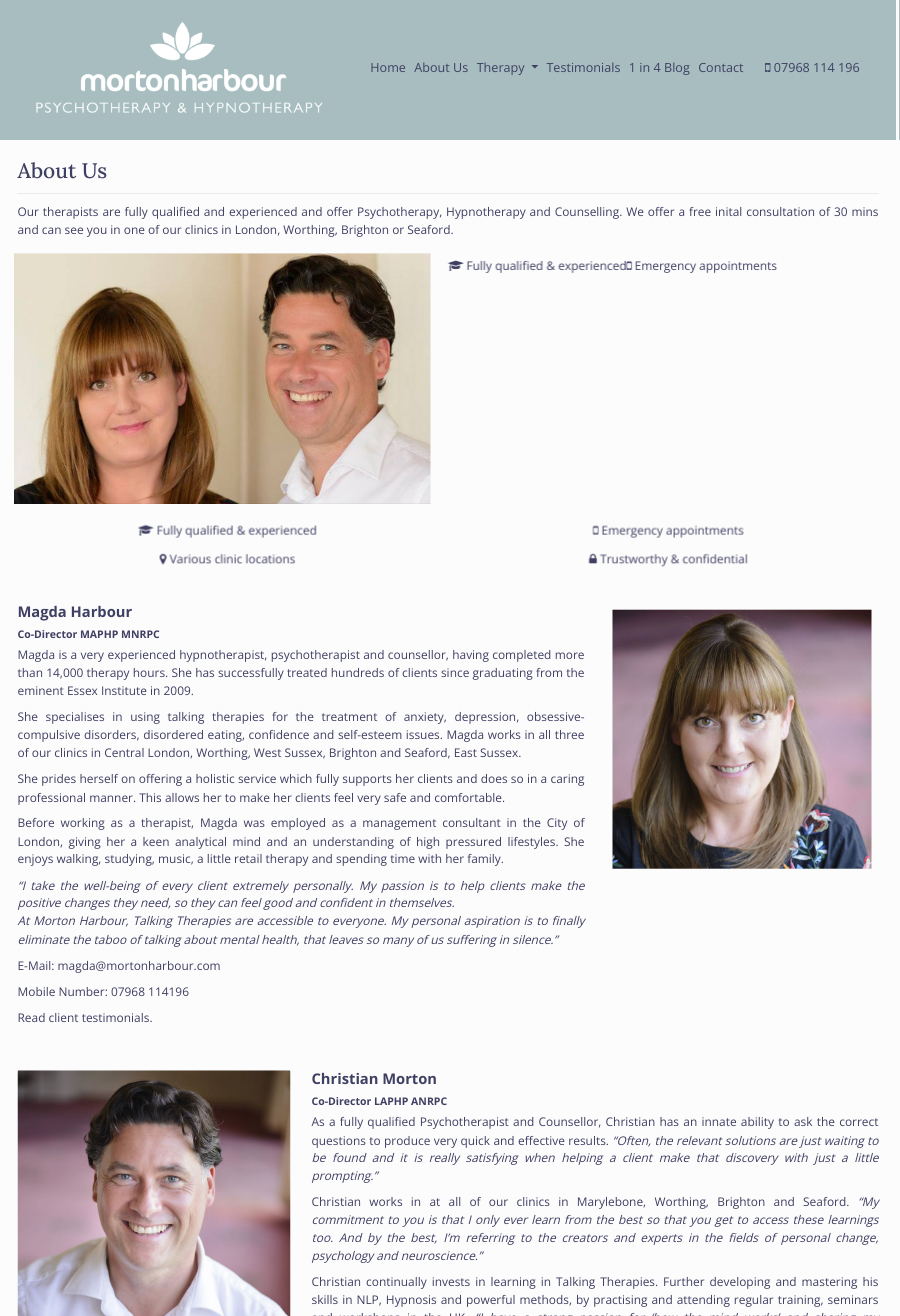
Repository: Code-Institute-Submissions/mortonharbour
Page: about us.html
The author's editor kept a record of every edit. The page is drawn from the files as they stood at one moment, then again after the next edit.
The browser window is 1280 px wide. The page is 1285 px wide, so the pictures cover 1285 px, including what lies to the right of the window. The pictures show the part of the page from y = 0 to 1880 px (the page is 2665 px tall), at 70% of full size.
Some web libraries are served in a nearby version.

Above is the page before.

### about us.html
<!DOCTYPE html>
<html lang="en">

<head>
    <meta charset="UTF-8">
    <meta name="viewport" content="width=device-width, initial-scale=1.0">
    <meta http-equiv="X-UA-Compatible" content="ie=edge">

    <!--Links to Bootstrap, JavaScript and FontAwesome cdn, customer style.css file-->
    <link rel="stylesheet" href="https://stackpath.bootstrapcdn.com/bootstrap/4.4.0/css/bootstrap.min.css" integrity="sha384-SI27wrMjH3ZZ89r4o+fGIJtnzkAnFs3E4qz9DIYioCQ5l9Rd/7UAa8DHcaL8jkWt" crossorigin="anonymous">
    <link rel="stylesheet" href="https://stackpath.bootstrapcdn.com/font-awesome/4.7.0/css/font-awesome.min.css" type="text/css" />
    <script src="https://code.jquery.com/jquery-3.2.1.slim.min.js" integrity="sha384-KJ3o2DKtIkvYIK3UENzmM7KCkRr/rE9/Qpg6aAZGJwFDMVNA/GpGFF93hXpG5KkN" crossorigin="anonymous"></script>
    <script src="https://cdnjs.cloudflare.com/ajax/libs/popper.js/1.11.0/umd/popper.min.js" integrity="sha384-b/U6ypiBEHpOf/4+1nzFpr53nxSS+GLCkfwBdFNTxtclqqenISfwAzpKaMNFNmj4" crossorigin="anonymous"></script>
    <script src="https://maxcdn.bootstrapcdn.com/bootstrap/4.0.0-beta/js/bootstrap.min.js" integrity="sha384-h0AbiXch4ZDo7tp9hKZ4TsHbi047NrKGLO3SEJAg45jXxnGIfYzk4Si90RDIqNm1" crossorigin="anonymous"></script>

    <link rel="stylesheet" href="assets/css/style.css" />

    <title>About Us</title>
</head>

<body>
    <header>
        <div class="container-fluid">
            <nav class="navbar navbar-expand-lg navbar-light">
                <a href="index.html" class="col-sm-4 logo"><span class="sr-only">Go to our home page</span></a>

                <button class="navbar-toggler" type="button" data-toggle="collapse" data-target="#navbarSupportedContent" aria-controls="navbarSupportedContent" aria-expanded="false" aria-label="Toggle navigation">
            <span class="navbar-toggler-icon"></span>
            </button>
                <div class="collapse navbar-collapse justify-content-end" id="navbarSupportedContent">
                    <ul class="navbar-nav">
                        <li class="nav-item active">
                            <a class="nav-link" href="index.html"><span class="sr-only">Go to our home page</span>Home</a>
                        </li>
                        <li class="nav-item active">
                            <a class="nav-link" href="about us.html"><span class="sr-only">Learn more about us</span>About Us</a>
                        </li>
                        <li class="nav-item dropdown">
                            <a class="nav-link dropdown-toggle" href="therapy.html" id="navbarDropdown" role="button" data-toggle="dropdown" aria-haspopup="true" aria-expanded="false">
                          Therapy
                        </a>
                            <div class="dropdown-menu" aria-labelledby="navbarDropdown">
                                <a class="dropdown-item" href="psychotherapy.html"><span class="sr-only">Find out about psychotherapy we offer</span>Psychotherapy</a>
                                <a class="dropdown-item" href="hypnotherapy.html"><span class="sr-only">Find out about hypnotherapy we offer</span>Hypnotherapy</a>
                                <a class="dropdown-item" href="emergency therapy.html"><span class="sr-only">Find out about the emergency appointments we can offer</span>Emergency Appointments</a>
                            </div>
                        </li>
                        <li class="nav-item active">
                            <a class="nav-link" href="testimonials.html"><span class="sr-only">Find out what our clients say</span>Testimonials</a>
                        </li>
                        <li class="nav-item active">
                            <a class="nav-link" href="1 in 4 blog.html"><span class="sr-only">1 in 4 Blog</span>1 in 4 Blog</a>
                        </li>
                        <li class="nav-item active">
                            <a class="nav-link" href="contact.html"><span class="sr-only">Contact Us</span>Contact</a>
                        </li>
                    </ul>
                </div>
                <span id="header-mobile"><a href="tel:#"><i class="fa fa-mobile" aria-hidden="true"></i>
                <span class="sr-only">Call us</span>07968 114 196</a>
                </span>
            </nav>
        </div>
    </header>

    <!--------------------------------------------------------------Main content-->

    <section class="main-content-text">
        <div class="row">
            <div class="col-sm-12 my-auto">
                <h1>About Us</h1>
                <hr>
                <p>Our therapists are fully qualified and experienced and offer Psychotherapy, Hypnotherapy and Counselling. We offer a free inital consultation of 30 mins and can see you in one of our clinics in London, Worthing, Brighton or Seaford.</p>
            </div>
            <div class="row">
                <div class="col-sm-6">
                    <img src="assets/images/magda-christian.PNG" class="img-fluid mx-auto d-block magda-christian-img" alt="image of Magda and Christian">
                    <span class="sr-only">Photo of Magda and Christian</span>
                </div>
                <div class="col-sm-6">
                    <div class="row">
                    <div class="why-us-bullets hvr-shadow" data-toggle="collapse" data-target="#collapseText-one" aria-expanded="false" aria-controls="collapseText-one">
                        <i class="fa fa-graduation-cap"></i> Fully qualified & experienced
                        <div class="collapse collapse-bullets-one" id="collapseText-one">Magda and Christian both graduated from the esteemed Essex Institute (EICH Brighton Ltd) and are members of the Association for Professional Hypnosis and Psychotherapy and The National Register of Psychotherapists and Counsellors.
                            Together they have over 18 years of experience as qualified therapists. Magda is also registered with the Complementary and Natural Healthcare Council.
                        </div>
                    </div>
                    <div class="why-us-bullets hvr-shadow" data-toggle="collapse" data-target="#collapseText-two" aria-expanded="false" aria-controls="collapseText-two">
                        <i class="fa fa-mobile"></i> Emergency appointments
                        <div class="collapse collapse-bullets-two" id="collapseText-two">We offer Emergency Therapy by phone. Perhaps you are feeling anxious and it will be a while before you will see anyone due to long waiting lists via the NHS, you have outstanding questions after a visit to the doctor’s, or simply
                            just need some friendly and caring support or advice right now.
                        </div>
                    </div>
                    </div>
                </div>
            </div>
        </div>
        <!--------------------------------------------------------------Bullet points-->
        <div class="row text-center my-auto">
            <div class="col-sm-6 why-us-bullets hvr-shadow" data-toggle="collapse" data-target="#collapseText-one" aria-expanded="false" aria-controls="collapseText-one">
                <i class="fa fa-graduation-cap"></i> Fully qualified & experienced
                <div class="collapse collapse-bullets-one" id="collapseText-one">Magda and Christian both graduated from the esteemed Essex Institute (EICH Brighton Ltd) and are members of the Association for Professional Hypnosis and Psychotherapy and The National Register of Psychotherapists and Counsellors. Together
                    they have over 18 years of experience as qualified therapists. Magda is also registered with the Complementary and Natural Healthcare Council.
                </div>
            </div>
            <div class="col-sm-6 why-us-bullets hvr-shadow" data-toggle="collapse" data-target="#collapseText-two" aria-expanded="false" aria-controls="collapseText-two">
                <i class="fa fa-mobile"></i> Emergency appointments
                <div class="collapse collapse-bullets-two" id="collapseText-two">We offer Emergency Therapy by phone. Perhaps you are feeling anxious and it will be a while before you will see anyone due to long waiting lists via the NHS, you have outstanding questions after a visit to the doctor’s, or simply just
                    need some friendly and caring support or advice right now.
                </div>
            </div>
        </div>
        <div class="row text-center my-auto ">
            <div class="col-sm-6 why-us-bullets hvr-shadow" data-toggle="collapse" data-target="#collapseText-three" aria-expanded="false" aria-controls="collapseText-three">
                <i class="fa fa-map-marker"></i> Various clinic locations
                <div class="collapse collapse-bullets-two" id="collapseText-three">We offer therapy at any one of our multiple locations in London, Worthing, Brighton and Seaford. We can also offer therapy via Skype, FaceTime or phone where suitable. Contact us for more information or to arrange a free, no obligation,
                    intial 30 mins consultation.
                </div>
            </div>
            <div class="col-sm-6 why-us-bullets hvr-shadow" data-toggle="collapse" data-target="#collapseText-four" aria-expanded="false" aria-controls="collapseText-four">
                <i class="fa fa-lock"></i> Trustworthy & confidential
                <div class="collapse collapse-bullets-one" id="collapseText-four">As members of the APHP, we are bound by their Code of Ethics. It is only possible to join the Association via an invitation or through training with an accredited hypnotherapy school, meaning that each member is known to have received
                    thorough training in hypnosis and hypnotherapy and is competent and conscientious.
                    <p>As with all registered professional therapists we are fully covered by professional indemnity insurance.</p>
                </div>
            </div>
        </div>
        <!--------------------------------------------------------------End of Bullet points-->
    </section>
    <!--------------------------------------------------------------End of main content-->

    <!--------------------------------------------------------------Therapist profiles-->

    <section class="main-content-text">
        <div class="row">
            <div class="col-sm-8">
                <h3><b>Magda Harbour</b></h3>
                <h5><b>Co-Director MAPHP MNRPC</b></h5>
                <p>Magda is a very experienced hypnotherapist, psychotherapist and counsellor, having completed more than 14,000 therapy hours. She has successfully treated hundreds of clients since graduating from the eminent Essex Institute in 2009.
                </p>
                <p>She specialises in using talking therapies for the treatment of anxiety, depression, obsessive-compulsive disorders, disordered eating, confidence and self-esteem issues. Magda works in all three of our clinics in Central London, Worthing,
                    West Sussex, Brighton and Seaford, East Sussex.</p>
                <p>She prides herself on offering a holistic service which fully supports her clients and does so in a caring professional manner. This allows her to make her clients feel very safe and comfortable.</p>
                <p>Before working as a therapist, Magda was employed as a management consultant in the City of London, giving her a keen analytical mind and an understanding of high pressured lifestyles. She enjoys walking, studying, music, a little retail
                    therapy and spending time with her family.</p>
                <p><em>“I take the well-being of every client extremely personally. My passion is to help clients make the positive changes they need, so they can feel
                        good and confident in themselves.</br>At Morton Harbour, Talking Therapies are accessible to everyone. My personal aspiration is to finally eliminate the taboo of talking about mental health, that leaves so many of us suffering in
                        silence.”</em></p>
                <p>E-Mail: <a href="mailto:# " class="card-links "><span class="sr-only">Email Magda</span>magda@mortonharbour.com</a></p>
                <p>Mobile Number: <a href="tel:# " class="card-links "><span class="sr-only">Call Magda</span>07968 114196</a></p>
                <p>Read client <a href="testimonials.html " class="card-links "><span class="sr-only">Read what our clients say</span>testimonials</a>.</p>
            </div>
            <div class="col-sm-4 order-first order-sm-1">
                <img src="assets/images/magda-square.png" class="img-fluid" alt="Photo of Magda Harbour">
                <span class="sr-only">Photo of Magda</span>
            </div>
        </div>
    </section>
    <section class="main-content-text">
        <div class="row">
            <div class="col-sm-4">
                <img src="assets/images/christian-square.png" class="card-img-top" alt="Photo of Christian">
                <span class="sr-only">Photo of Christian</span>
            </div>
            <div class="col-sm-8">
                <h3><b>Christian Morton</b></h3>
                <h5><b>Co-Director LAPHP ANRPC</b></h5>
                <p>As a fully qualified Psychotherapist and Counsellor, Christian has an innate ability to ask the correct questions to produce very quick and effective results. <em>“Often, the relevant solutions are just waiting to
                        be found and it is really satisfying when helping a client make that discovery with just a little prompting.”</em></p>
                <p>Christian works in at all of our clinics in Marylebone, Worthing, Brighton and Seaford. <em>“My commitment to you is that I only ever learn from the best so that you get to access these learnings too. And by the best, I’m referring to the creators and experts in the fields of personal change, psychology and neuroscience.”</em></p>
                <p>Christian continually invests in learning in Talking Therapies. Further developing and mastering his skills in NLP, Hypnosis and powerful methods, by practising and attending regular training, seminars and workshops in the UK.
                    <em>“I have a strong passion for ‘how the mind works’ and sharing my knowledge with others, helping them to enhance and enrich their lives.”</em></p>
                <p>Christian has been responsible for delivering high-end health care solutions for the last twenty years. As manager of a large health care provider, he understood the importance of using psychology to help his clients, relatives and staff
                    in creating a caring environment. An initial journalistic grounding gave him a sharp investigative mind which he finds extremely useful.</p>
                <p>Christian enjoys spending time with his family, reading and most sports.</p>
                <p>E-Mail: <a href="mailto:# " class="card-links "><span class="sr-only">Email Christian</span>christian@mortonharbour.com</a></p>
                <p>Mobile Number: <a href="tel:# " class="card-links "><span class="sr-only">Call Christian</span>07808 523787</a></p>
                <p>Read client <a href="testimonials.html " class="card-links "><span class="sr-only">Read what our clients say</span>testimonials</a>.</p>
            </div>
        </div>
    </section>

    <!--------------------------------------------------------------End of Therapist profiles-->

    <!------------------------------------------------------------<Newsletter Sign Up-->
    <section>
        <div class="card testimonial-cards-rose newsletter-signup">
            <form action="#" method="post">
                <div class="div">
                    <h3><b>Sign up to our Newsletter</b></h3>
                    <p>For the latest news straight from the therapy room</p>
                </div>
                <fieldset>
                    <input type="text" name="Name" placeholder="First Name" id="first-name" required/>
                    <input type="text" name="Surname" placeholder="Last Name" id="last-name" required/>
                    <input type="email" name="Email" placeholder="Email Address" id="email-address" required/></br>
                </fieldset>
                <input type="button" value="Sign Up" id="submit-button" data-toggle="modal" data-target="#newsletterModal" />
            </form>
        </div>
        <div class="modal fade" id="newsletterModal" tabindex="-1" role="dialog" aria-labelledby="newsletterModalLabel" aria-hidden="true">
            <div class="modal-dialog" role="document">
                <div class="modal-content">
                    <div class="modal-body">
                        <p>Thank you for siging up to our newsletter.</br>
                            We have sent you an email to confirm your subscription.</p>
                        <button type="button" class="btn btn-secondary" data-dismiss="modal">Close</button>
                    </div>
                </div>
            </div>
        </div>
        </div>
    </section>
    <!------------------------------------------------------------<End of Newsletter Sign Up-->

    <footer class="container-fluid">
        <div class="row">
            <div class="col-sm-12">
                <ul class="list-inline text-center social-media-icons">
                    <li class="list-inline-item">
                        <a target="_blank" href="https://www.facebook.com/MortonHarbour/">
                            <i class="fa fa-facebook" aria-hidden="true"></i>
                            <span class="sr-only">Facebook opens in a new window</span>
                        </a>
                    </li>
                    <li class="list-inline-item">
                        <a target="_blank" href="https://twitter.com/mortonharbour">
                            <i class="fa fa-twitter" aria-hidden="true"></i>
                            <span class="sr-only">Twitter opens in a new window</span>
                        </a>
                    </li>
                    <li class="list-inline-item">
                        <a target="_blank" href="https://www.instagram.com/morton_harbour/">
                            <i class="fa fa-instagram" aria-hidden="true"></i>
                            <span class="sr-only">Instagram opens in a new window</span>
                        </a>
                    </li>
                    <li class="list-inline-item">
                        <a target="_blank" href="https://www.linkedin.com/in/magda-harbour-maphp-51b590b4/">
                            <i class="fa fa-linkedin" aria-hidden="true"></i>
                            <span class="sr-only">LinkedIn opens in a new window></span>
                        </a>
                    </li>
                </ul>
            </div>
        </div>
        <div class="row">
            <a href="https://www.aphp.co.uk/" target="_blank" class="col-sm-4 aphp-logo">
                <span class="sr-only">Visit the APHP website, opens in new window</span>
            </a>
            <a href="https://www.nrpc.co.uk/" target="_blank" class="col-sm-4 nrpc-logo">
                <span class="sr-only">Visit the NRPC website, opens in new window</span>
            </a>
            <a href="index.html" class="col-sm-4 footer-logo">
                <span class="sr-only">Go to our home page</span>
            </a>
        </div>
        <div class="row footer-end">
            <div class="col-sm-4 text-center footer-end-item">
                <a href="privacy policy.html" target="_blank"><span class="sr-only">Please read our privacy policy, opens in new window</span>Privacy Policy</a>
            </div>
            <div class="col-sm-4 text-center">
                <p><i class="fa fa-copyright" aria-hidden="true"></i> 2019 Copyright: Morton Harbour Ltd</p>
            </div>
            <div class="div col-sm-4 text-center footer-end-item">
                <address><a href="tel:+01323652332">01323 652332 | <span class="sr-only">contact number</span></a><a href="mailto:#">contact@mortonharbour.com
                    <span class="sr-only">email address</span>
                </a>
                </address>
            </div>
        </div>
    </footer>
</body>

</html>

Loaded but not shown: assets/css/style.css (594 lines, source omitted)

After the next edit:
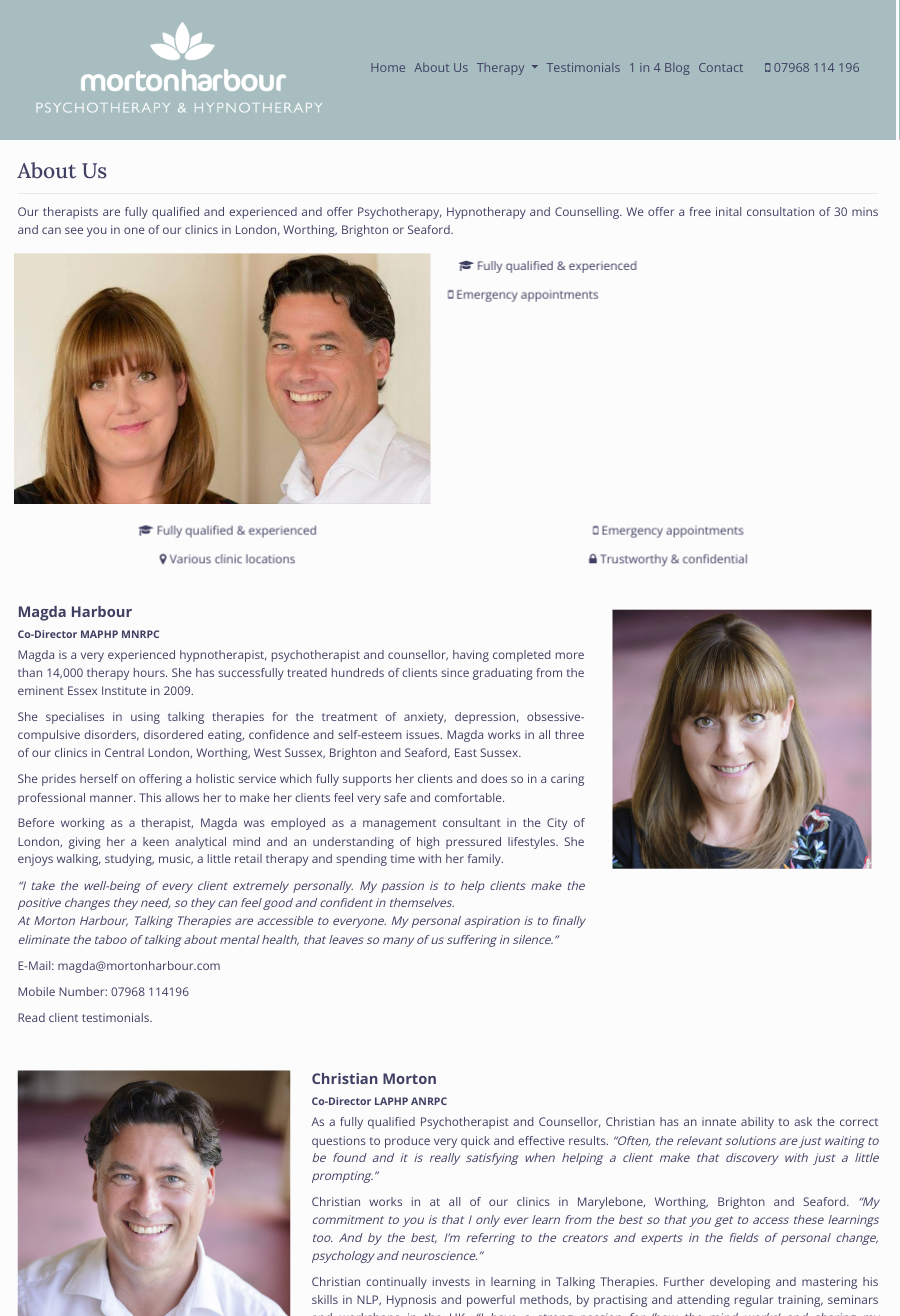
The edit:
--- a/about us.html
+++ b/about us.html
@@ -79,7 +79,7 @@
                 </div>
                 <div class="col-sm-6">
                     <div class="row">
-                    <div class="why-us-bullets hvr-shadow" data-toggle="collapse" data-target="#collapseText-one" aria-expanded="false" aria-controls="collapseText-one">
+                    <div class="col-sm-12 why-us-bullets hvr-shadow" data-toggle="collapse" data-target="#collapseText-one" aria-expanded="false" aria-controls="collapseText-one">
                         <i class="fa fa-graduation-cap"></i> Fully qualified & experienced
                         <div class="collapse collapse-bullets-one" id="collapseText-one">Magda and Christian both graduated from the esteemed Essex Institute (EICH Brighton Ltd) and are members of the Association for Professional Hypnosis and Psychotherapy and The National Register of Psychotherapists and Counsellors.
                             Together they have over 18 years of experience as qualified therapists. Magda is also registered with the Complementary and Natural Healthcare Council.
